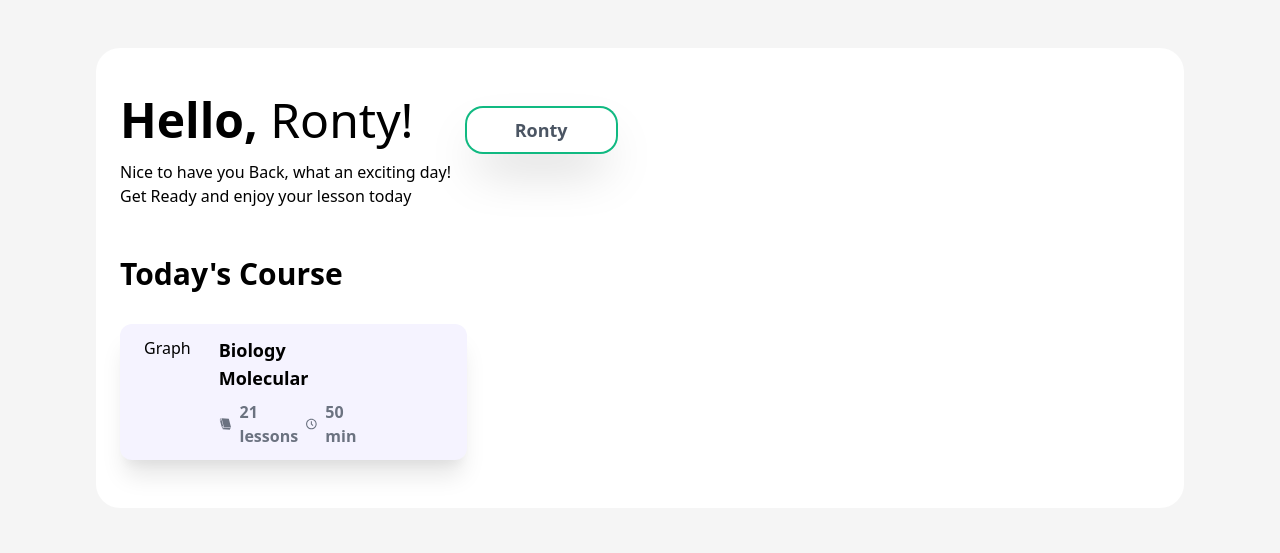
Repository: coolronts/Vite-Tailwind
Page: /
The author's editor kept a copy of each file at every save. The page is drawn from the files as they stood at one save, then again after the next save.
The browser window is 1280 px wide. The pictures show the whole page.
The project was rebuilt for these pictures with package versions that can differ from the ones it lists, and the page was loaded fresh each time. Also part of the build but not shown: vite.config.js.

Above is the page before, as saved 2021-11-26 07:38:13.

After the next save:
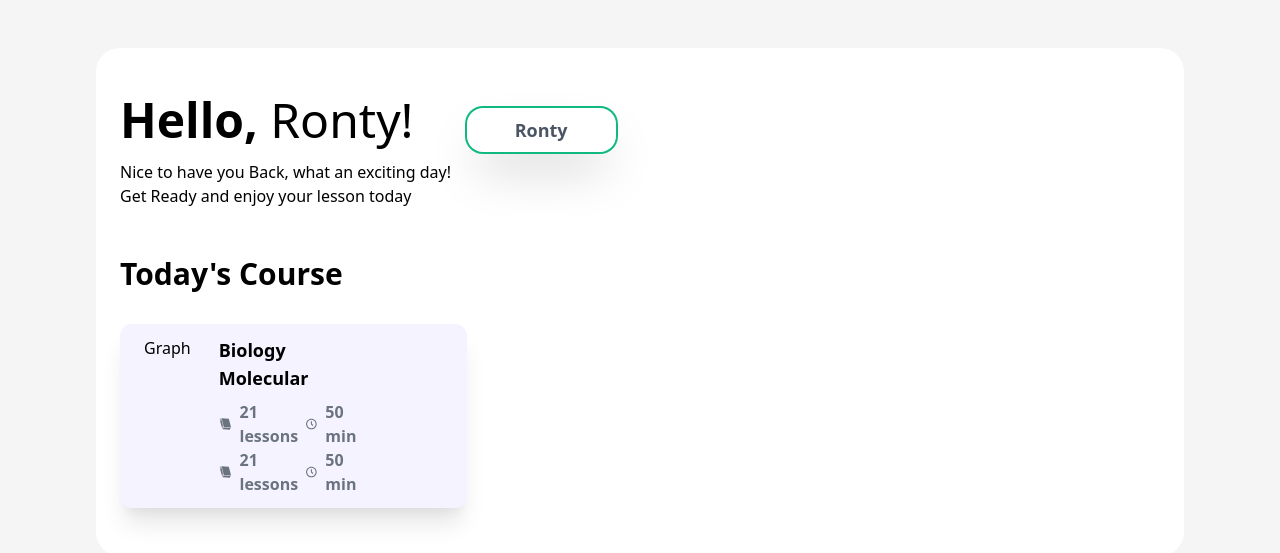
Saved 10 s later.
--- a/src/Section/Course/index.jsx
+++ b/src/Section/Course/index.jsx
@@ -18,6 +18,10 @@ export default function Course() {
             <p className="flex items-center"> <GiWhiteBook className="mr-2"/>  21 lessons</p>
             <p className="flex items-center"> <BiTimeFive className="mr-2"/>  50 min</p>
           </div>
+          <div className="flex justify-between text-gray-500 font-semibold">
+            <p className="flex items-center"> <GiWhiteBook className="mr-2"/>  21 lessons</p>
+            <p className="flex items-center"> <BiTimeFive className="mr-2"/>  50 min</p>
+          </div>
         </div>
       </div>
     </SplitScreen>
